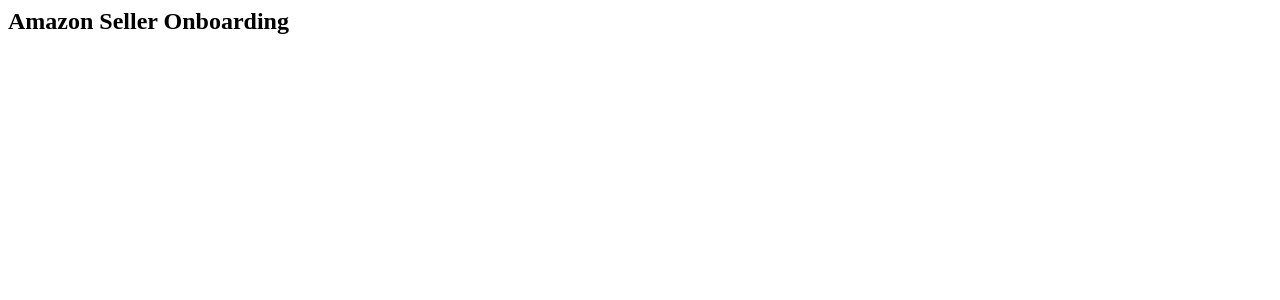
Repository: munnaksah/spring-framework-core
Page: http://localhost/Amazon-Reseller-Onboarding/
An editor plug-in stored every save of this project. The page is shown before and after the next save, followed by the edit.
The browser window is 1280 px wide. The pictures show the whole page.
The page is served by Tomcat 9. Other server files are loaded and not shown.

Above is the page before, as saved 2026-04-03 09:43:55.

### Amazon-Reseller-Onboarding/src/main/webapp/index.jsp
<html>
<body>
<h2>Amazon Seller Onboarding</h2>

<form action="onboarding"></form>



</body>
</html>

After the next save:
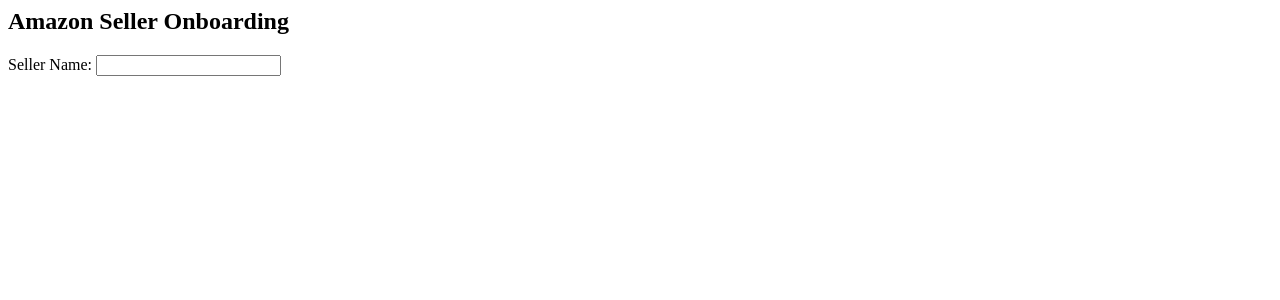
Saved 27 s later.
--- a/Amazon-Reseller-Onboarding/src/main/webapp/index.jsp
+++ b/Amazon-Reseller-Onboarding/src/main/webapp/index.jsp
@@ -4,6 +4,8 @@
 
 <form action="onboarding"></form>
 
+Seller Name: <input>
+
 
 
 </body>
